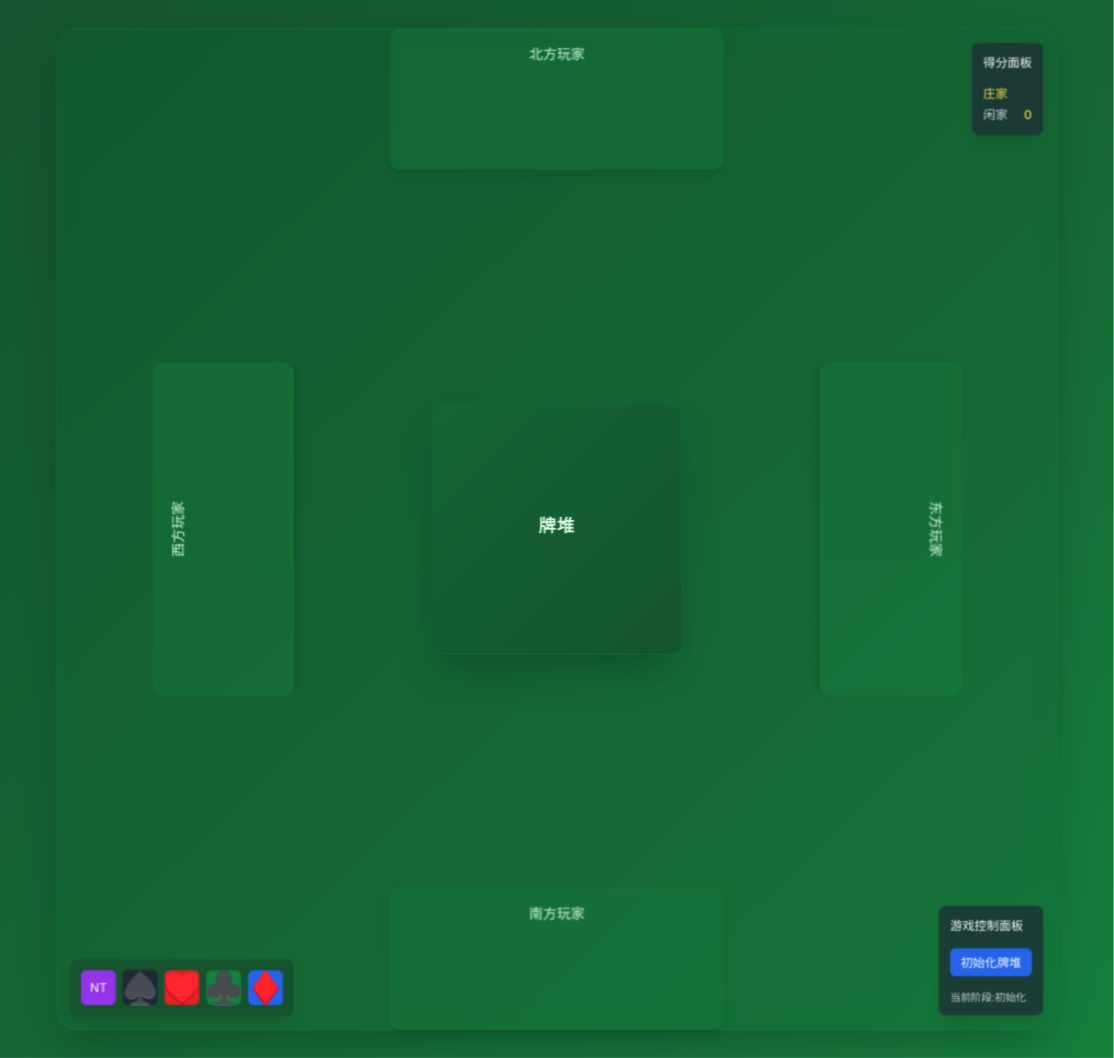
Repository: laofansay/Tractor80
Page: /
The author's editor kept a copy of each file at every save. The page is drawn from the files as they stood at one save, then again after the next save.
The browser window is 1280 px wide. The pictures show the whole page, at 87% of full size.
The project was rebuilt for these pictures with package versions that can differ from the ones it lists, and the page was loaded fresh each time. The framework's server and built-in components were replaced by stand-ins that run in the browser. Also part of the build but not shown: next.config.js, app/components/Card.tsx.

Above is the page before, as saved 2025-03-09 00:22:45.

### app/layout.tsx
import type { Metadata } from 'next'
import { Inter } from 'next/font/google'
import './globals.css'

const inter = Inter({ subsets: ['latin'] })

export const metadata: Metadata = {
  title: 'Card Game',
  description: 'A Next.js Card Game Application',
}

export default function RootLayout({
  children,
}: {
  children: React.ReactNode
}) {
  return (
    <html lang="en">
      <body className={inter.className}>{children}</body>
    </html>
  )
}

### app/globals.css
@tailwind base;
@tailwind components;
@tailwind utilities;

:root {
  --foreground-rgb: 0, 0, 0;
  --background-start-rgb: 214, 219, 220;
  --background-end-rgb: 255, 255, 255;
}

@media (prefers-color-scheme: dark) {
  :root {
    --foreground-rgb: 255, 255, 255;
    --background-start-rgb: 0, 0, 0;
    --background-end-rgb: 0, 0, 0;
  }
}

body {
  color: rgb(var(--foreground-rgb));
  background: linear-gradient(
    to bottom,
    transparent,
    rgb(var(--background-end-rgb))
  )
  rgb(var(--background-start-rgb));
}

### app/components/AdminPanel.tsx
'use client';

import { useState } from 'react';
import { Card } from './Card';

type GamePhase = 'initial' | 'dealing' | 'trumpSelection' | 'pickBottomCards' | 'bottomCards' | 'playing';
type Position = 'north' | 'east' | 'south' | 'west';

type AdminPanelProps = {
    onInitialize: () => void;
    onDeal: () => void;
    onPickBottomCards: () => void;
    onBottomCards: () => void;
    onStartPlaying: () => void;
    gamePhase: GamePhase;
    deckLength: number;
    bottomCardsLength: number;
    lastRound?: Record<Position, string[]>;
    roundCount?: number;
};

export function AdminPanel({
    onInitialize,
    onDeal,
    onPickBottomCards,
    onBottomCards,
    onStartPlaying,
    gamePhase,
    deckLength,
    bottomCardsLength,
    lastRound = { north: [], east: [], south: [], west: [] },
    roundCount = 0
}: AdminPanelProps) {

    return (
        <div className="absolute bottom-4 right-4 p-3 bg-gray-800/70 rounded-lg backdrop-blur-md border border-gray-700/50 shadow-lg">
            <div className="flex flex-col gap-2">
                <div className="text-white text-sm mb-2 font-medium">游戏控制面板</div>

                {(gamePhase === 'initial' || gamePhase === 'playing') && (
                    <button
                        onClick={onInitialize}
                        className="px-3 py-1.5 bg-blue-600 hover:bg-blue-500 text-white rounded-md transition-colors text-sm"
                    >
                        {gamePhase === 'playing' ? '重新开始' : '初始化牌堆'}
                    </button>
                )}

                {gamePhase === 'initial' && deckLength > 0 && (
                    <button
                        onClick={onDeal}
                        className="px-3 py-1.5 bg-green-600 hover:bg-green-500 text-white rounded-md transition-colors text-sm"
                    >
                        开始发牌
                    </button>
                )}

                {gamePhase === 'pickBottomCards' && (
                    <button
                        onClick={onPickBottomCards}
                        className="px-3 py-1.5 bg-yellow-600 hover:bg-yellow-500 text-white rounded-md transition-colors text-sm"
                    >
                        庄家拾底
                    </button>
                )}

                {gamePhase === 'bottomCards' && (
                    <button
                        onClick={onBottomCards}
                        className="px-3 py-1.5 bg-yellow-600 hover:bg-yellow-500 text-white rounded-md transition-colors text-sm"
                    >
                        庄家扣底
                    </button>
                )}

                {gamePhase === 'bottomCards' && (
                    <button
                        onClick={onStartPlaying}
                        className="px-3 py-1.5 bg-red-600 hover:bg-red-500 text-white rounded-md transition-colors text-sm"
                    >
                        开始出牌
                    </button>
                )}

                <div className="text-gray-300 text-xs mt-2">
                    当前阶段:
                    {gamePhase === 'initial' && '初始化'}
                    {gamePhase === 'dealing' && '发牌中'}
                    {gamePhase === 'trumpSelection' && '亮主阶段'}
                    {gamePhase === 'pickBottomCards' && '庄家拾底'}
                    {gamePhase === 'bottomCards' && '庄家扣底'}
                    {gamePhase === 'playing' && '出牌阶段'}
                </div>
            </div>
        </div>
    );
}

### app/components/SoundEffect.tsx
'use client';

import { audioManager } from './AudioManager';

export class SoundEffect {
    static #instance;

    constructor() {
        // 私有构造函数，确保单例模式
    }

    public static getInstance(): SoundEffect {
        if (!SoundEffect.#instance) {
            SoundEffect.#instance = new SoundEffect();
        }
        return SoundEffect.#instance;
    }

    /**
     * 预加载音效
     * @param soundId 音效ID
     * @param soundPath 音效文件路径
     * @param fallbackSoundPath 备用音效路径（可选）
     */
    public preloadSound(soundId: string, soundPath: string, fallbackSoundPath?: string): void {
        if (typeof window === 'undefined') return; // 服务器端不执行

        // 使用AudioManager来处理音频加载
        audioManager.preloadSound(soundId, soundPath, fallbackSoundPath);
    }

    /**
     * 播放音效
     * @param soundId 音效ID
     * @returns 是否成功播放
     */
    public playSound(soundId: string): boolean {
        if (typeof window === 'undefined') return false; // 服务器端不执行

        // 使用AudioManager来处理音频播放
        return audioManager.playSound(soundId);
    }

    /**
     * 停止播放音效
     * @param soundId 音效ID
     */
    public stopSound(soundId: string): void {
        if (typeof window === 'undefined') return; // 服务器端不执行

        // 使用AudioManager来处理音频停止
        audioManager.stopSound(soundId);
    }

    /**
     * 检查音效是否已加载并可以播放
     * @param soundId 音效ID
     * @returns 是否可以播放
     */
    public canPlaySound(soundId: string): boolean {
        if (typeof window === 'undefined') return false; // 服务器端不执行

        // 使用AudioManager来检查音频是否可以播放
        return audioManager.canPlaySound(soundId);
    }

    /**
     * 启用或禁用所有音效
     * @param enabled 是否启用音效
     */
    public setAudioEnabled(enabled: boolean): void {
        audioManager.setAudioEnabled(enabled);
    }

    /**
     * 获取音效是否启用
     * @returns 音效是否启用
     */
    public isAudioEnabled(): boolean {
        return audioManager.isAudioEnabled();
    }
}

// 导出单例实例
export const soundEffect = SoundEffect.getInstance();

### app/components/ScorePanel.tsx
import React from 'react';

interface ScorePanelProps {
  scores: {
    north: number;
    east: number;
    south: number;
    west: number;
  };
  dealerPosition: Position;
}

type Position = 'north' | 'east' | 'south' | 'west';

export function ScorePanel({ scores, dealerPosition }: ScorePanelProps) {
  // 计算庄家和闲家的总分
  const dealerScore = scores[dealerPosition];
  const nonDealerScore = Object.entries(scores)
    .filter(([position]) => position !== dealerPosition)
    .reduce((total, [_, score]) => total + score, 0);

  return (
    <div className="absolute top-4 right-4 p-3 bg-gray-800/70 rounded-lg backdrop-blur-md border border-gray-700/50 shadow-lg">
      <div className="flex flex-col gap-2">
        <div className="text-white text-sm mb-2 font-medium">得分面板</div>
        <div className="space-y-1">
          <div className="flex justify-between text-sm">
            <span className="text-yellow-300">庄家</span>
            <span className="text-yellow-300 font-medium ml-4">{dealerScore}</span>
          </div>
          <div className="flex justify-between text-sm">
            <span className="text-gray-300">闲家</span>
            <span className="text-yellow-300 font-medium ml-4">{nonDealerScore}</span>
          </div>
        </div>
      </div>
    </div>
  );
}

### app/components/TrumpSelectionPanel.tsx
'use client';

import React from 'react';

type TrumpSelectionPanelProps = {
  onSelectTrump: (trumpSuit: string | null) => void;
  gamePhase: string;
};

export function TrumpSelectionPanel({ onSelectTrump, gamePhase }: TrumpSelectionPanelProps) {
  // 只在亮主阶段显示
  if (gamePhase !== 'trumpSelection') {
    //return null;
  }

  return (
    <div className="absolute bottom-4 left-4 p-3 bg-green-900 rounded-lg backdrop-blur-md shadow-lg">
      <div className="flex flex-row gap-2">
        <button
          onClick={() => onSelectTrump(null)}
          className="w-10 h-10 bg-purple-600 hover:bg-purple-500 text-white rounded-md transition-colors text-sm flex items-center justify-center"
          title="无主"
        >
          NT
        </button>
        <button
          onClick={() => onSelectTrump('S')}
          className="w-10 h-10 bg-gray-800 hover:bg-gray-700 text-white rounded-md transition-colors text-4xl flex items-center justify-center"
          title="黑桃"
        >
          ♠️
        </button>
        <button
          onClick={() => onSelectTrump('H')}
          className="w-10 h-10 bg-red-600 hover:bg-red-500 text-white rounded-md transition-colors text-4xl flex items-center justify-center"
          title="红桃"
        >
          ♥️
        </button>
        <button
          onClick={() => onSelectTrump('C')}
          className="w-10 h-10 bg-green-700 hover:bg-green-600 text-white rounded-md transition-colors text-4xl flex items-center justify-center"
          title="梅花"
        >
          ♣️
        </button>
        <button
          onClick={() => onSelectTrump('D')}
          className="w-10 h-10 bg-blue-600 hover:bg-blue-500 text-white rounded-md transition-colors text-4xl flex items-center justify-center"
          title="方块"
        >
          ♦️
        </button>
      </div>
    </div>
  );
}

### app/components/AudioManager.tsx
'use client';

/**
 * 音频管理器类
 * 提供音效加载、播放和错误处理功能
 */
export class AudioManager {
  private static instance: AudioManager;
  private audioElements: Map<string, HTMLAudioElement> = new Map();
  private fallbackMode: boolean = false;
  private audioEnabled: boolean = true;

  private constructor() {
    // 私有构造函数，确保单例模式
    this.checkAudioSupport();
  }

  public static getInstance(): AudioManager {
    if (!AudioManager.instance) {
      AudioManager.instance = new AudioManager();
    }
    return AudioManager.instance;
  }

  /**
   * 检查浏览器是否支持音频
   */
  private checkAudioSupport(): void {
    if (typeof window === 'undefined') return;

    try {
      const audio = new Audio();
      this.audioEnabled = !!audio && typeof audio.play === 'function';
      if (!this.audioEnabled) {
        console.warn('当前环境不支持音频播放');
      }
    } catch (error) {
      console.error('检查音频支持时出错:', error);
      this.audioEnabled = false;
    }
  }

  /**
   * 预加载音效
   * @param soundId 音效ID
   * @param soundPath 音效文件路径
   * @param fallbackSoundPath 备用音效路径（可选）
   */
  public preloadSound(soundId: string, soundPath: string, fallbackSoundPath?: string): void {
    if (typeof window === 'undefined' || !this.audioEnabled) return;

    if (!this.audioElements.has(soundId)) {
      try {
        // 确保路径正确，添加基础URL前缀
        const fullPath = soundPath.startsWith('/') ? soundPath : `/${soundPath}`;
        const baseUrl = window.location.origin;
        const absolutePath = new URL(fullPath, baseUrl).toString();

        const audio = new Audio();
        audio.preload = 'auto';

        // 添加加载错误处理
        audio.addEventListener('error', (e) => {
          const errorDetails = {
            code: audio.error?.code,
            message: audio.error?.message,
            path: absolutePath
          };
          console.error(`音效 ${soundId} 加载失败:`, errorDetails);

          // 尝试加载备用音效
          if (fallbackSoundPath && !this.fallbackMode) {
            console.log(`尝试加载备用音效: ${fallbackSoundPath}`);
            this.fallbackMode = true;
            this.preloadSound(soundId, fallbackSoundPath);
          }
        });

        // 添加加载成功处理
        audio.addEventListener('canplaythrough', () => {
          console.log(`音效 ${soundId} 加载成功，可以播放`);
        });

        // 设置音频源
        audio.src = absolutePath;

        this.audioElements.set(soundId, audio);
      } catch (error) {
        console.error(`音效 ${soundId} 初始化失败:`, error);
      }
    }
  }

  /**
   * 播放音效
   * @param soundId 音效ID
   * @returns 是否成功播放
   */
  public playSound(soundId: string): boolean {
    if (typeof window === 'undefined' || !this.audioEnabled) return false;

    const audio = this.audioElements.get(soundId);
    if (audio) {
      // 检查音频是否已加载并可以播放
      if (audio.error) {
        console.error(`音效 ${soundId} 无法播放，加载失败:`, audio.error);
        return false;
      }

      // 检查音频是否已经加载足够的数据可以播放
      if (audio.readyState < 2) { // HAVE_CURRENT_DATA or higher
        console.warn(`音效 ${soundId} 尚未加载完成，无法播放`);
        return false;
      }

      try {
        // 重置音频以便重复播放
        audio.currentTime = 0;
        const playPromise = audio.play();

        if (playPromise !== undefined) {
          playPromise.catch(error => {
            console.error(`播放音效 ${soundId} 失败:`, error);
          });
        }
        return true;
      } catch (error) {
        console.error(`播放音效 ${soundId} 时出错:`, error);
        return false;
      }
    } else {
      console.warn(`音效 ${soundId} 未预加载`);
      return false;
    }
  }

  /**
   * 停止播放音效
   * @param soundId 音效ID
   */
  public stopSound(soundId: string): void {
    if (typeof window === 'undefined' || !this.audioEnabled) return;

    const audio = this.audioElements.get(soundId);
    if (audio) {
      try {
        audio.pause();
        audio.currentTime = 0;
      } catch (error) {
        console.error(`停止音效 ${soundId} 时出错:`, error);
      }
    }
  }

  /**
   * 检查音效是否已加载并可以播放
   * @param soundId 音效ID
   * @returns 是否可以播放
   */
  public canPlaySound(soundId: string): boolean {
    if (typeof window === 'undefined' || !this.audioEnabled) return false;

    const audio = this.audioElements.get(soundId);
    if (!audio) return false;

    // 检查音频元素是否有错误
    if (audio.error) return false;

    // 检查音频是否已经加载足够的数据可以播放
    return audio.readyState >= 2; // HAVE_CURRENT_DATA or higher
  }

  /**
   * 启用或禁用所有音效
   * @param enabled 是否启用音效
   */
  public setAudioEnabled(enabled: boolean): void {
    this.audioEnabled = enabled;
  }

  /**
   * 获取音效是否启用
   * @returns 音效是否启用
   */
  public isAudioEnabled(): boolean {
    return this.audioEnabled;
  }

  /**
   * 创建一个简单的音效（用于在无法加载外部音效时使用）
   * @param frequency 频率（赫兹）
   * @param duration 持续时间（毫秒）
   * @param volume 音量（0-1）
   * @returns 音频元素
   */
  public createToneSound(frequency: number = 440, duration: number = 200, volume: number = 0.5): HTMLAudioElement | null {
    if (typeof window === 'undefined' || !this.audioEnabled) return null;

    try {
      // 检查是否支持Web Audio API
      if (!window.AudioContext && !(window as any).webkitAudioContext) {
        console.warn('当前浏览器不支持Web Audio API');
        return null;
      }

      const AudioContext = window.AudioContext || (window as any).webkitAudioContext;
      const audioCtx = new AudioContext();

      // 创建振荡器
      const oscillator = audioCtx.createOscillator();
      oscillator.type = 'sine';
      oscillator.frequency.setValueAtTime(frequency, audioCtx.currentTime);

      // 创建音量控制
      const gainNode = audioCtx.createGain();
      gainNode.gain.setValueAtTime(volume, audioCtx.currentTime);

      // 连接节点
      oscillator.connect(gainNode);
      gainNode.connect(audioCtx.destination);

      // 创建音频元素
      const audio = new Audio();

      // 开始振荡
      oscillator.start();

      // 设置定时器停止振荡
      setTimeout(() => {
        oscillator.stop();
        audioCtx.close();
      }, duration);

      return audio;
    } catch (error) {
      console.error('创建音效失败:', error);
      return null;
    }
  }
}

// 导出单例实例
export const audioManager = AudioManager.getInstance();

Loaded but not shown: tailwind.config.js (19 lines, source omitted); app/page.tsx (581 lines, source omitted); app/components/CardArea.tsx (205 lines, source omitted)

After the next save:
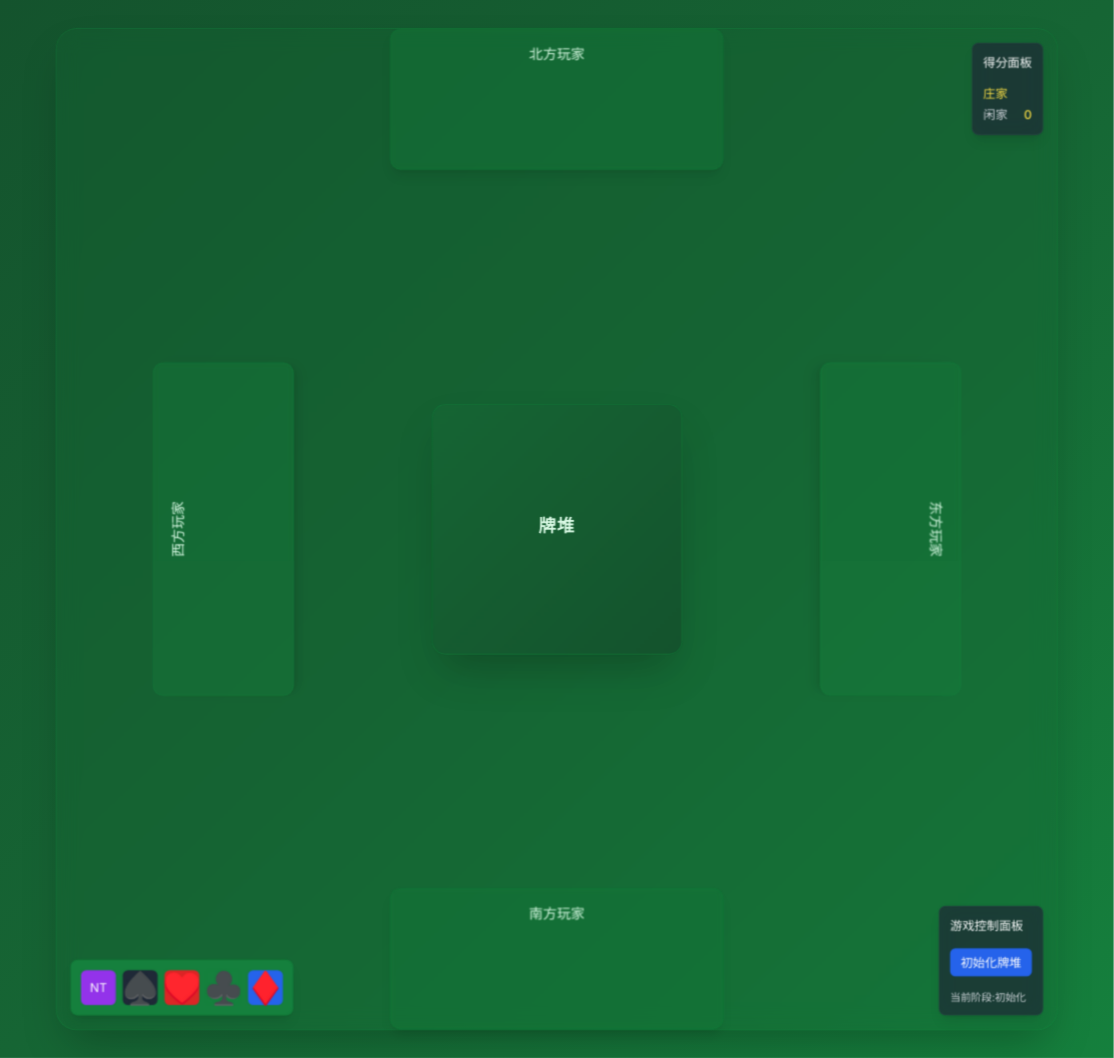
Saved 5 s later.
--- a/app/components/TrumpSelectionPanel.tsx
+++ b/app/components/TrumpSelectionPanel.tsx
@@ -14,7 +14,7 @@ export function TrumpSelectionPanel({ onSelectTrump, gamePhase }: TrumpSelection
   }
 
   return (
-    <div className="absolute bottom-4 left-4 p-3 bg-green-900 rounded-lg backdrop-blur-md shadow-lg">
+    <div className="absolute bottom-4 left-4 p-3 bg-green-700 rounded-lg backdrop-blur-md shadow-lg">
       <div className="flex flex-row gap-2">
         <button
           onClick={() => onSelectTrump(null)}
